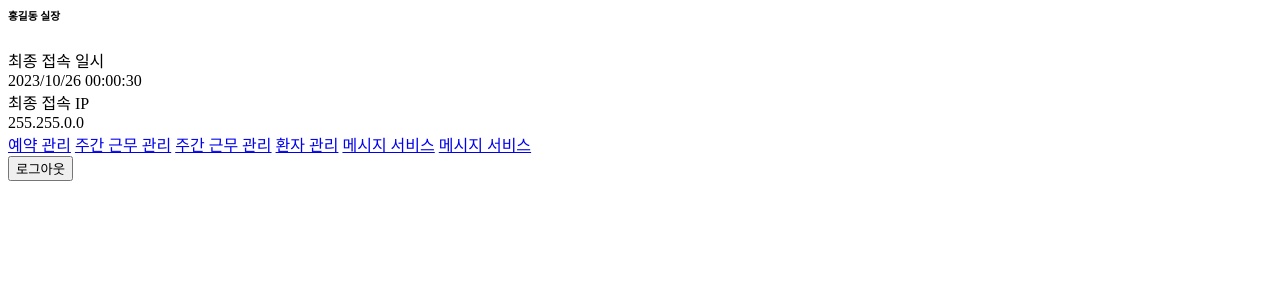
Repository: j-pyohub/LIBRARY_PROJECT
Page: CRM_Project/WebContent/doctorSidebar.html
An editor plug-in stored every save of this project. The page is shown before and after the next save, followed by the edit.
The browser window is 1280 px wide. The pictures show the whole page.

Above is the page before, as saved 2025-10-11 07:26:31.

After the next save:
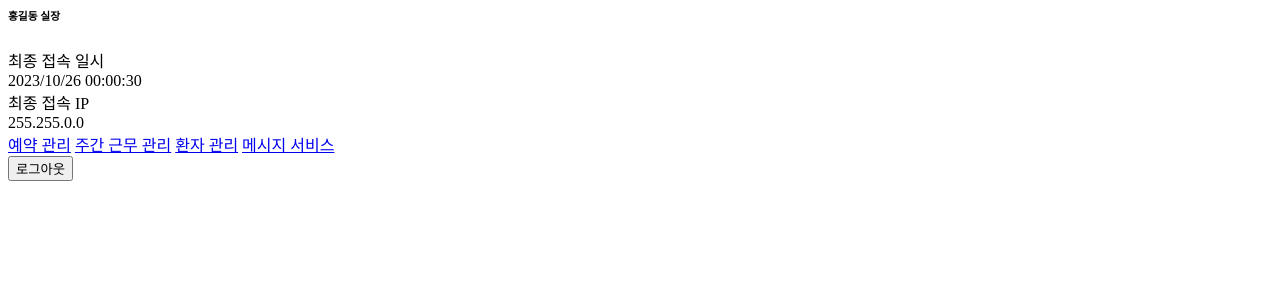
Saved 40 s later.
--- a/CRM_Project/WebContent/doctorSidebar.html
+++ b/CRM_Project/WebContent/doctorSidebar.html
@@ -17,11 +17,9 @@
 
   <nav class="nav flex-column gap-1 mb-auto" id="sidebar-nav">
     <a href="/reserve.html" class="nav-link text-dark" data-route="reserve">예약 관리</a>
-    <a href="/manageDoctorList.html"   class="nav-link text-dark" data-route="manageDoctorList">주간 근무 관리</a>
     <a href="/manageDoctorSchedule.html"   class="nav-link text-dark" data-route="manageDoctorSchedule">주간 근무 관리</a>
     <a href="/patientList.html" class="nav-link text-dark" data-route="patientList">환자 관리</a>
     <a href="/smsService.html"  class="nav-link text-dark" data-route="smsService">메시지 서비스</a>
-    <a href="/smsRecord.html"  class="nav-link text-dark" data-route="smsRecord">메시지 서비스</a>
   </nav>
 
   <div class="mt-4 text-center">
